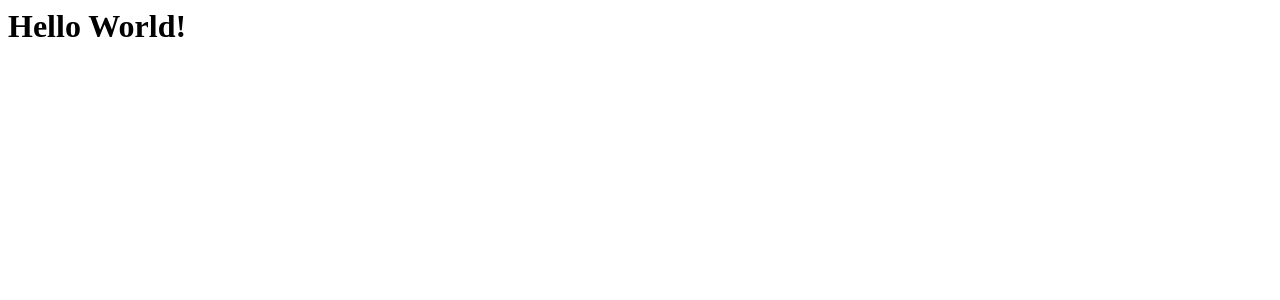
Repository: bethelbahiru/WAP
Page: http://localhost/
These files come from the project's save history. The page is drawn as it stood at one moment and after the next save; the edit follows.
The browser window is 1280 px wide. The pictures show the whole page.
The page is served by the project's Node server (NodeFolder/HelloWorld.js).

Above is the page before, as saved 2022-01-28 18:25:51.

### NodeFolder/HelloWorld.js
const http = require('http');

const server = http.createServer(function(request, responce){
    responce.writeHead(200, {'Content-Type': 'text/html'});
    responce.write(`<h1><strong>Hello World!</strong></h1>`);
    responce.end();
});

server.listen(8080, () => {  console.log('Server is running.....'); }
);

After the next save:
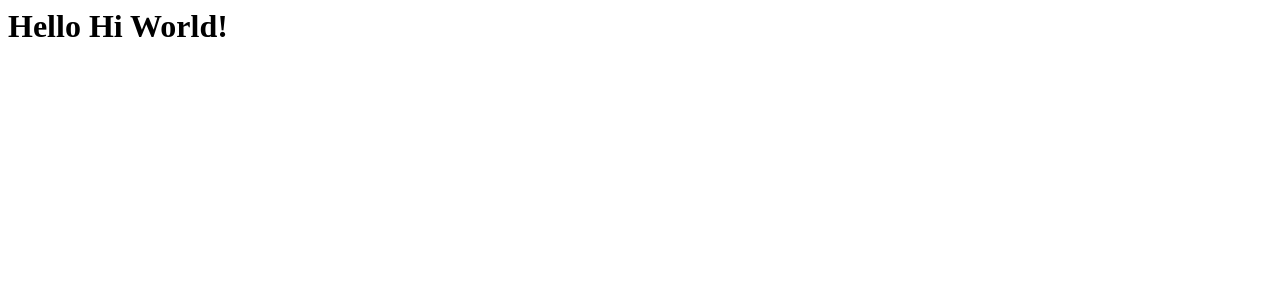
Saved 73 min 38 s later.
--- a/NodeFolder/HelloWorld.js
+++ b/NodeFolder/HelloWorld.js
@@ -2,7 +2,7 @@
 
 const server = http.createServer(function(request, responce){
     responce.writeHead(200, {'Content-Type': 'text/html'});
-    responce.write(`<h1><strong>Hello World!</strong></h1>`);
+    responce.write(`<h1><strong>Hello Hi World!</strong></h1>`);
     responce.end();
 });
 

After the save that followed:
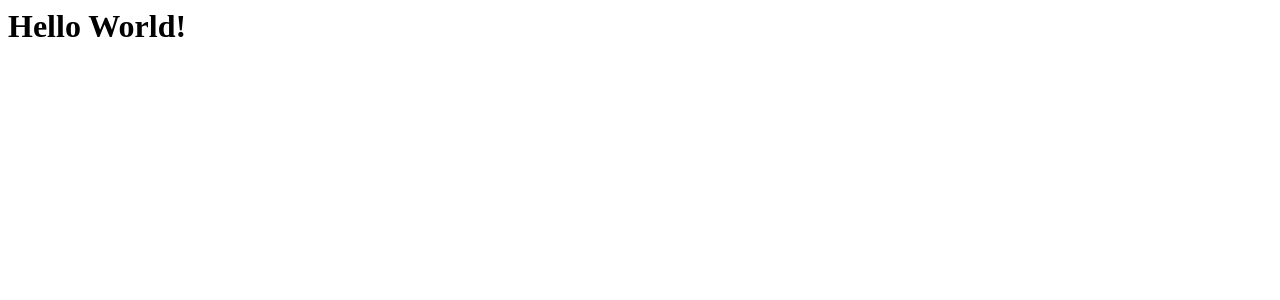
Saved 16 s later.
--- a/NodeFolder/HelloWorld.js
+++ b/NodeFolder/HelloWorld.js
@@ -2,7 +2,7 @@
 
 const server = http.createServer(function(request, responce){
     responce.writeHead(200, {'Content-Type': 'text/html'});
-    responce.write(`<h1><strong>Hello Hi World!</strong></h1>`);
+    responce.write(`<h1><strong>Hello World!</strong></h1>`);
     responce.end();
 });
 
